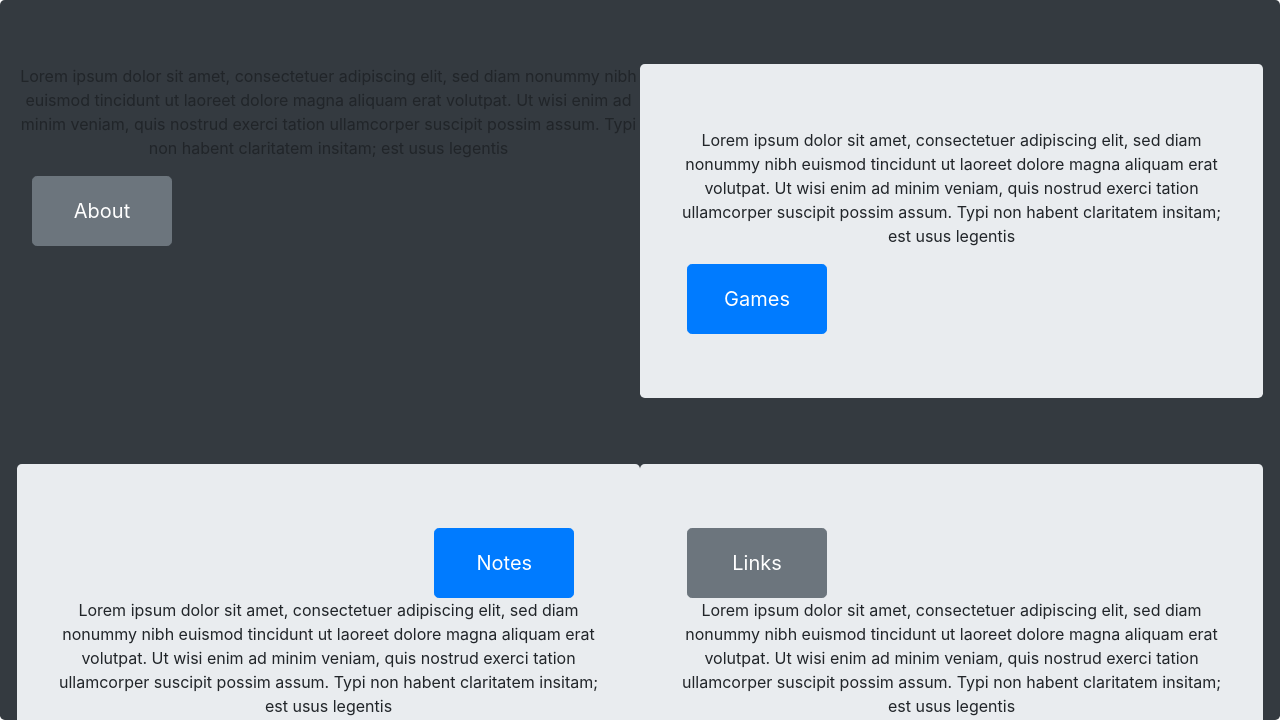
Repository: Kamicoda/Noteblock
Page: index.html
The author's editor kept a record of every edit. The page is drawn from the files as they stood at one moment, then again after the next edit.
The browser window is 1280 px wide. The pictures show the whole page.
Some web libraries are served in a nearby version.

Above is the page before.

After the next edit:
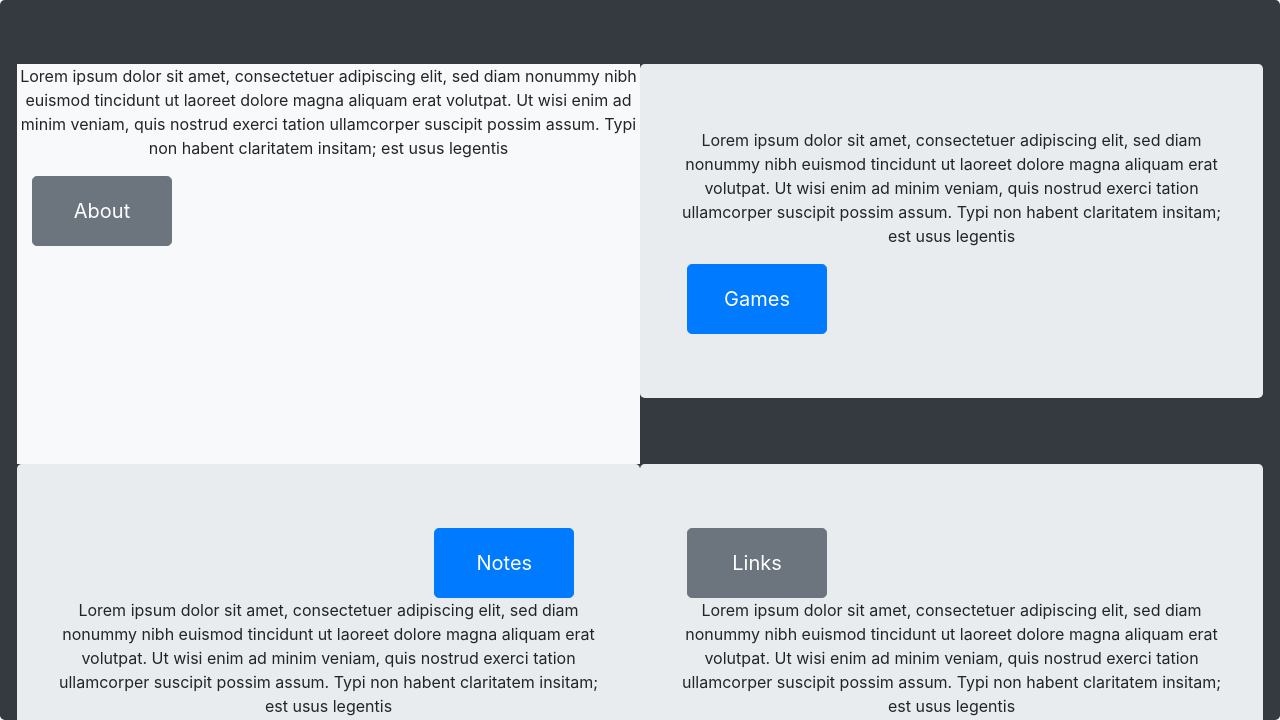
The edit:
--- a/index.html
+++ b/index.html
@@ -34,8 +34,8 @@
 
             <div class="row navtoprow">
 
-                <div class="col about">
-                    <div class="container cabout w-100 h-100">
+                <div class="col-6 about">
+                    <div class="container-flex cabout bg-light">
 
                             <div class="row">
                                 <div class="col">
